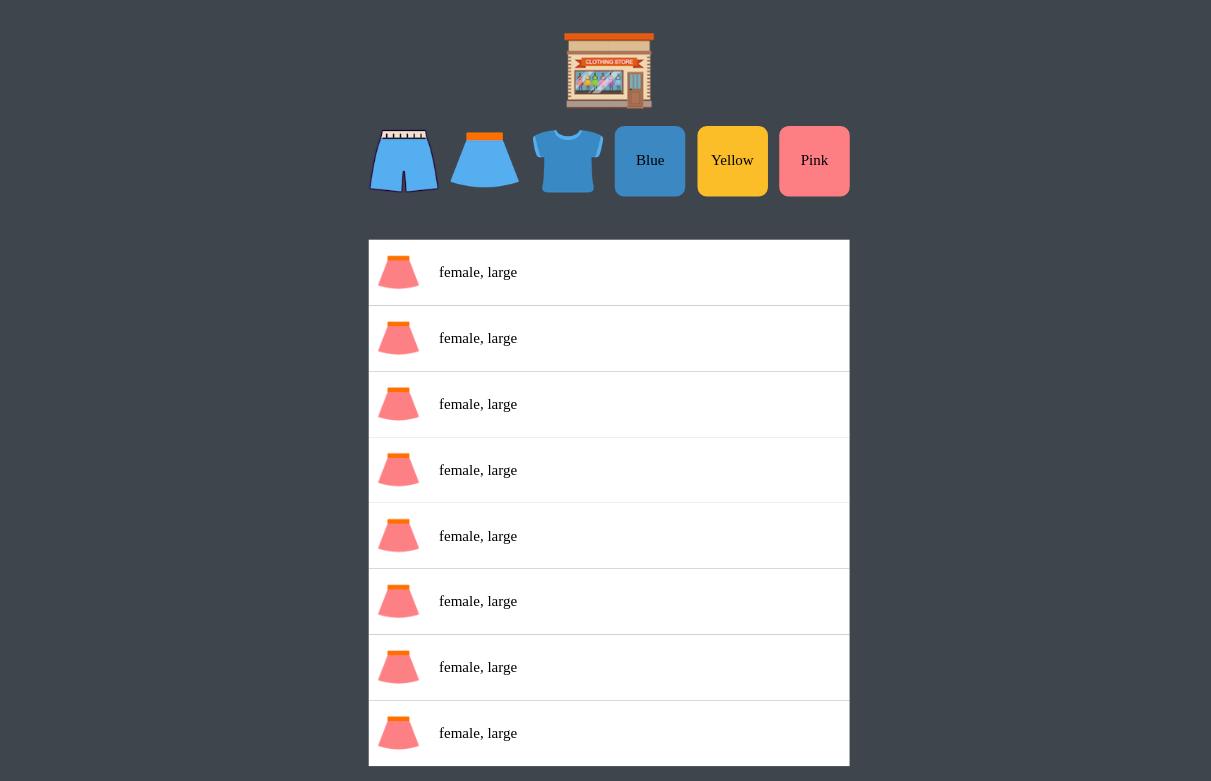
Repository: Jay-JYKim91/elle-shopping-mall
Page: index.html
These files come from the project's save history. The page is drawn as it stood at one moment and after the next save; the edit follows.
The browser window is 1280 px wide. The page is 1288 px wide, so the pictures cover 1288 px, including what lies to the right of the window. The pictures show the whole page, at 94% of full size.

Above is the page before, as saved 2021-07-26 19:44:03.

### index.html
<!DOCTYPE html>
<html lang="en">
  <head>
    <meta charset="UTF-8" />
    <meta name="viewport" content="width=device-width, initial-scale=1.0" />
    <title>Online Shopping</title>
    <link rel="stylesheet" href="style.css" />
    <script src="src/main.js" defer></script>
  </head>
  <body>
    <div class="container">
      <div class="logo">
        <img src="./img/logo.png" alt="logo">
      </div>
      <div class="options">
        <img src="./img/blue_p.png" alt="blue pants">
        <img src="./img/blue_s.png" alt="blue skirt">
        <img src="./img/blue_t.png" alt="blue t-shirt">
        <div class="color-box blue"><p>Blue</p></div>
        <div class="color-box yellow"><p>Yellow</p></div>
        <div class="color-box pink"><p>Pink</p></div>
      </div>
      <div class="lists">
        <ul>
          <li class="list">
            <img src="./img/pink_s.png" alt="">
            <div class="description">
              <p>female, large</p>
            </div>
          </li>
          <li class="list">
            <img src="./img/pink_s.png" alt="">
            <div class="description">
              <p>female, large</p>
            </div>
          </li>
          <li class="list">
            <img src="./img/pink_s.png" alt="">
            <div class="description">
              <p>female, large</p>
            </div>
          </li>
          <li class="list">
            <img src="./img/pink_s.png" alt="">
            <div class="description">
              <p>female, large</p>
            </div>
          </li>
          <li class="list">
            <img src="./img/pink_s.png" alt="">
            <div class="description">
              <p>female, large</p>
            </div>
          </li>
          <li class="list">
            <img src="./img/pink_s.png" alt="">
            <div class="description">
              <p>female, large</p>
            </div>
          </li>
          <li class="list">
            <img src="./img/pink_s.png" alt="">
            <div class="description">
              <p>female, large</p>
            </div>
          </li>
          <li class="list">
            <img src="./img/pink_s.png" alt="">
            <div class="description">
              <p>female, large</p>
            </div>
          </li>
        </ul>
      </div>
    </div>
  </body>
</html>

### style.css
:root {
  /* color */
  --color-black: #3f454d;
  --color-white: #ffffff;
  --color-blue: #3b88c3;
  --color-yellow: #fbbe28;
  --color-pink: #fd7f84;
  --color-light-grey: #dfdfdf;
}

* {
  box-sizing: border-box;
}
body {
  background-color: var(--color-black);
  height: 90vh;
  width: 100vw;
}
.container {
  text-align: center;
  width: 40vw;
  height: 70vh;
  margin: 30px auto;
}
.options {
  display: flex;
  justify-content: space-between;
}
.options img {
  width: 75px;
  height: 75px;
}
.color-box {
  width: 75px;
  height: 75px;
  text-align: center;
  border-radius: 10px;
}
.color-box p {
  margin: 28px 0;
}
.blue {
  background-color: var(--color-blue);
}
.yellow {
  background-color: var(--color-yellow);
}
.pink {
  background-color: var(--color-pink);
}
.lists {
  overflow-y: scroll;
  padding: 0;
  margin-top: 30px;
}
.lists::-webkit-scrollbar {
  display: none;
}
ul {
  list-style: none;
  padding: 0;
}
.list {
  background-color: var(--color-white);
  width: 100%;
  padding: 10px;
  display: flex;
  align-items: center;
}
.list img {
  width: 45px;
  height: 45px;
  margin-right: 20px;
}

Loaded but not shown: src/main.js (no copy from this time; the picture is the same without it)

After the next save:
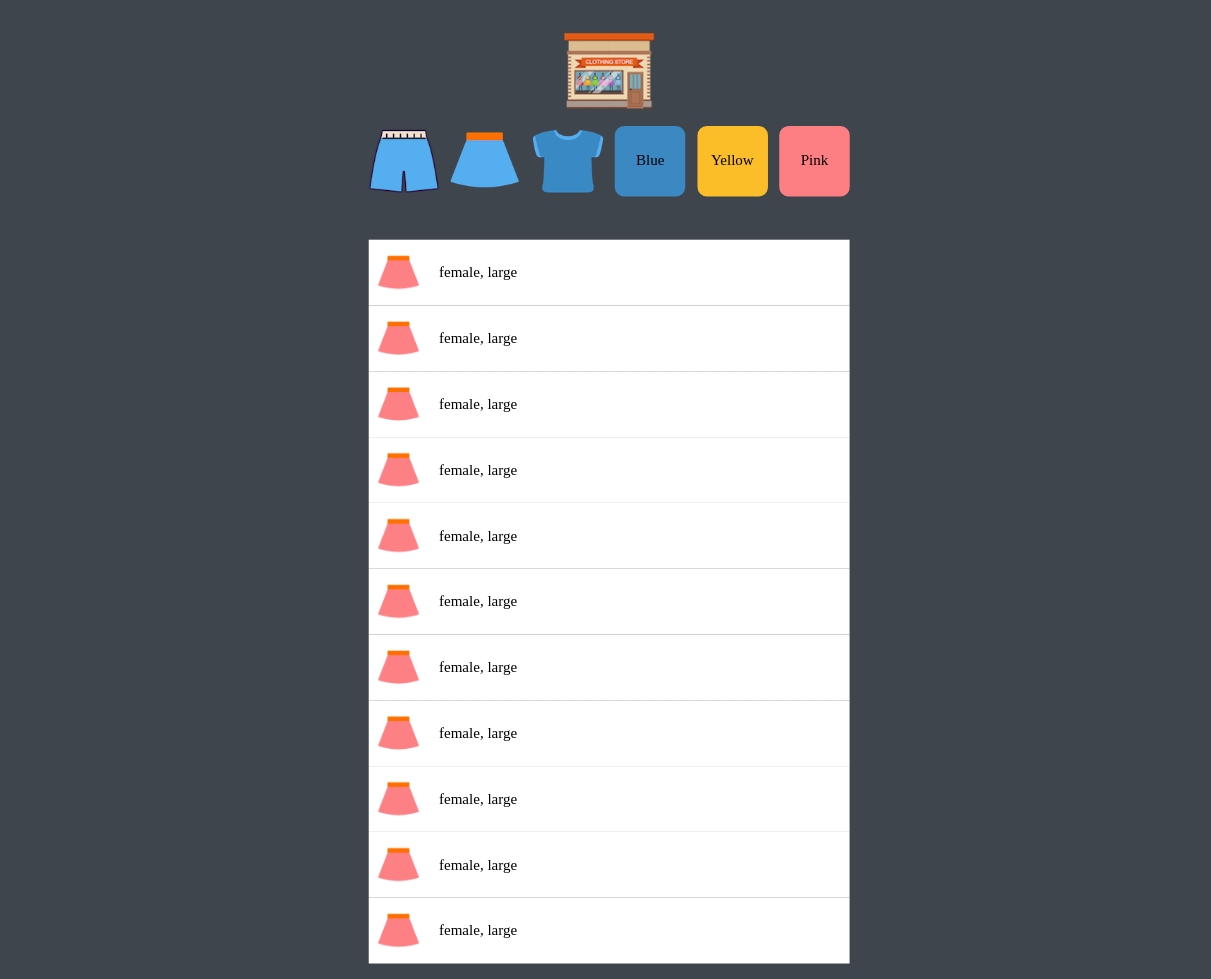
Saved 4 s later.
--- a/index.html
+++ b/index.html
@@ -70,6 +70,24 @@
               <p>female, large</p>
             </div>
           </li>
+          <li class="list">
+            <img src="./img/pink_s.png" alt="">
+            <div class="description">
+              <p>female, large</p>
+            </div>
+          </li>
+          <li class="list">
+            <img src="./img/pink_s.png" alt="">
+            <div class="description">
+              <p>female, large</p>
+            </div>
+          </li>
+          <li class="list">
+            <img src="./img/pink_s.png" alt="">
+            <div class="description">
+              <p>female, large</p>
+            </div>
+          </li>
         </ul>
       </div>
     </div>
